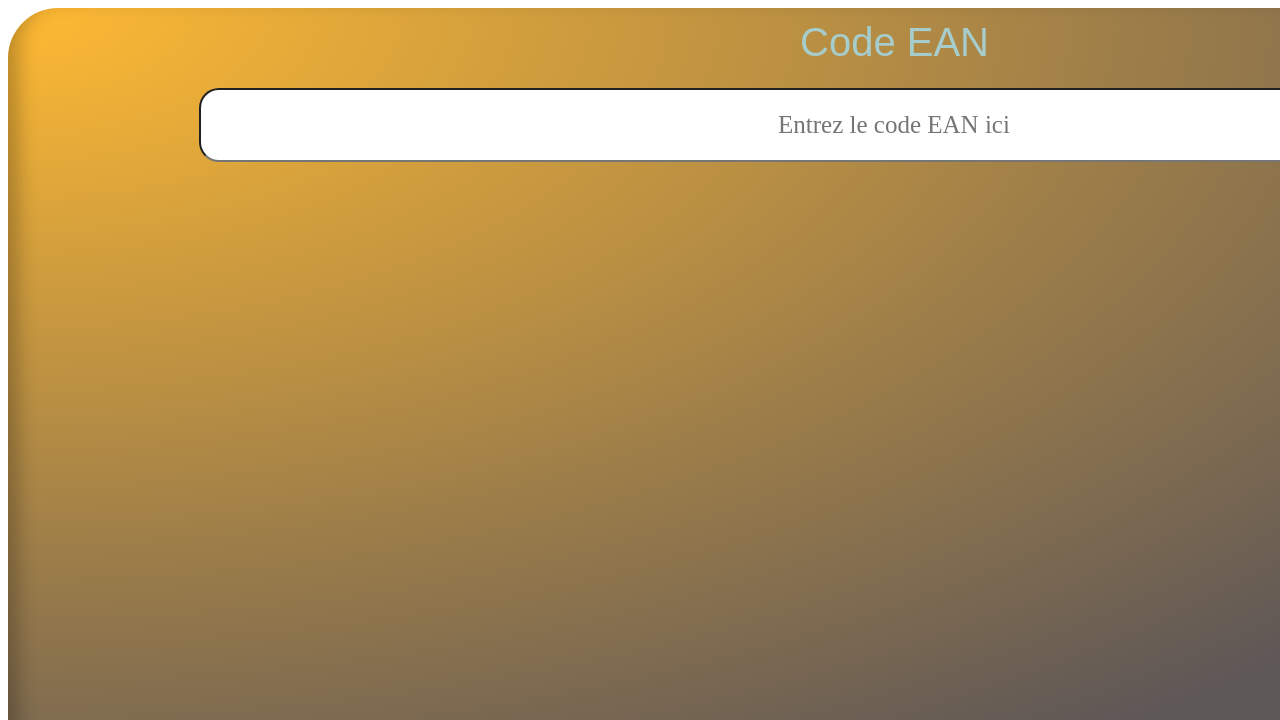
Repository: Zouz01/exo-toucan
Page: index.html
The author's editor kept a copy of each file at every save. The page is drawn from the files as they stood at one save, then again after the next save.
The browser window is 1280 px wide. The pictures show the whole page.

Above is the page before, as saved 2023-09-21 11:23:16.

### index.html
<!DOCTYPE html>
<html lang="fr">
<head>
    <meta charset="UTF-8">
    <meta name="viewport" content="width=device-width, initial-scale=1">
    <title>TOUCAN API</title>
    <link rel="stylesheet" type="text/css" href="main.css">
</head>
<body>
    <div class="container">
        <!-- Formulaire de recherche -->
        <form id="product-form" action="https://fr.openfoodfacts.org/api/v0/product/<<code_EAN_13>>" method="POST">
            <label for="code_ean">Code EAN </label>
            <input type="text" id="code_ean" name="code_ean" placeholder="Entrez le code EAN ici"><!-- Champ de saisie du code EAN -->
            <button type="submit" id="submit">Rechercher</button> <!-- Bouton de soumission du formulaire -->
        </form>

        <!-- Conteneur pour l'affichage de l'image et des informations -->
        <div><img id="img"></div>
        <div id="product-info"></div>
    </div>

    <!-- Inclusion du script JavaScript -->
    <script src="main.js"></script>
</body>
</html>

### main.css
body {
    font-family: Arial, sans-serif;

}

.container {
    width: 428px;
    height: 926px;
   position: fixed;
    text-align: center;

    background: radial-gradient(100% 100% at 0% 0%, #FFBA33 0%, #5e5757 100%);
   /* background: radial-gradient(100% 100% at 0% 0%, #A6A6A6 0.46%, #000000 78.06%);
    background: linear-gradient(167.94deg, #7AA77E 0%, #476F72 100%);*/

    opacity: 1.8;
    box-shadow: inset 10px -10px 20px rgba(0, 0, 0, 0.25);
    border-radius: 50px;
}

/* position ecriture label*/
label {

    top: 20px;
    font-size: 40px;
    color: rgb(167, 204, 204);
   left: 120px;
    position :fixed;



}
/*position img*/
#img {
    position: relative;
   border-radius: 20px;
   width: 20%;
   top: 600px;
}

/*position retour d'information produit*/
 #product-info {
    position: absolute;
    padding: 20px;
    color:rgb(171, 221, 205);
    top: 100px;

 }
h2 {
    font-size: xx-large;
    color: #7af3b1;
}
p{
    font-size: larger ;
}

/* Champ de saisie pour entrer le code EAN */
#code_ean {
    position: absolute;
   border-radius: 20px;
    width: 382px;
    height: 38px;
   right:24px ;
    top: 80px;
    font-family: 'Montserrat';
font-style: normal;
font-weight: 500;
font-size: 25px;
line-height: 30px;
text-align: center;

color: #0f0d0d;



}

/* Bouton de recherche */
button[type="submit"] {
    position: absolute;
    width: 144px;
    height: 63px;
  background-color: #67d699;
    bottom: 50px;
    border-radius: 20px;
    right: 145px;



}




/* styles pour les écrans plus grands */
@media (min-width: 900px) {
     .container {
        width: 1860px;
        height: 900px;
     }
        button[type="submit"] {
            position: absolute;
    width: 184px;
    height: 83px;
  background-color: #67d699;
    bottom: 50px;
    border-radius: 20px;
    right: 870px;
        }
        #code_ean {
            position: absolute;
           border-radius: 20px;
            width: 1382px;
            height: 68px;
           right:15% ;
            top: 80px;
            font-family: 'Montserrat';
        font-style: normal;
        font-weight: 500;
        font-size: 25px;
        line-height: 30px;
        text-align: center;
        color: #0f0d0d;

 }
 label {

    top: 20px;
    font-size: 40px;
    color: rgb(167, 204, 204);
   left: 800px;
    position :fixed;

}
#product-info {
    position: absolute;
    padding: 50px;
    color:rgb(171, 221, 205);
    top: 200px;
    left: 30%;

 }
 #img {
    position: relative;
   border-radius: 20px;
   max-width: 20%;
   max-height: 10%;
   top: 230px;
   right: 30%;
}
h2 {
    font-size: 50px;
    color: aqua;
}
p{
    font-size: 30px ;
}
}

### main.js
const form = document.querySelector("#product-form"); //Interagit avec  HTML avec l'id "product-form"
const code_ean = document.querySelector("#code_ean"); //Interagit avec  HTML  avec l'id "code_ean"
const productInfo = document.querySelector("#product-info"); //Interagit avec  HTML avec l'id "les informations produits"
const img = document.querySelector("#img");  //Interagit avec  HTML avec l'id "les images"
const submit = document.querySelector("#submit");  //Interagit avec  HTML avec l'id "Boutton envoi"


submit.addEventListener("click", (e) => { // Ecouteur d'événement sur le bouton d'envoi qui écoute un événement de clic
    e.preventDefault();

    // validation du code
    if (code_ean.value.length !== 13) {
        alert("Le code EAN doit contenir 13 chiffres.");// Le script vérifie si la valeur du champ de saisie du code EAN comporte 13 caractères
        return;                                         // Sinon, il affiche une alerte indiquant que le code EAN doit contenir 13 chiffres.
    }else

// Si code correct alors ...
    // Récupére les informations du produit depuis l'API
    fetch("https://fr.openfoodfacts.org/api/v0/product/" + code_ean.value) //Méthode pour envoyer une requête GET à l'API
        .then((reponse) => reponse.json())   //  Convertit  la réponse de l'API en JSON
        .then((data) => {                    //  Pour accéder aux données.
            let product = data.product;
            img.src = product.image_url;


             //Affiche les informations sur le produit, ( avec innerHTML on definila source de l'éléments)
             productInfo.innerHTML =`
             <h2><b>Nom</b> : ${product.abbreviated_product_name}</h2>
             <p><b>Marque</b> : ${product.brands}</p>
             <p><b>Catégorie</b> : ${product.categories}</p>
             <p><b>Ingrédients</b> : ${product.ingredients_text}</p>`
             console.log (data)
        }); // ${} veut dire interpreter

});

   /*fecht veut dire aller chercher*/

After the next save:
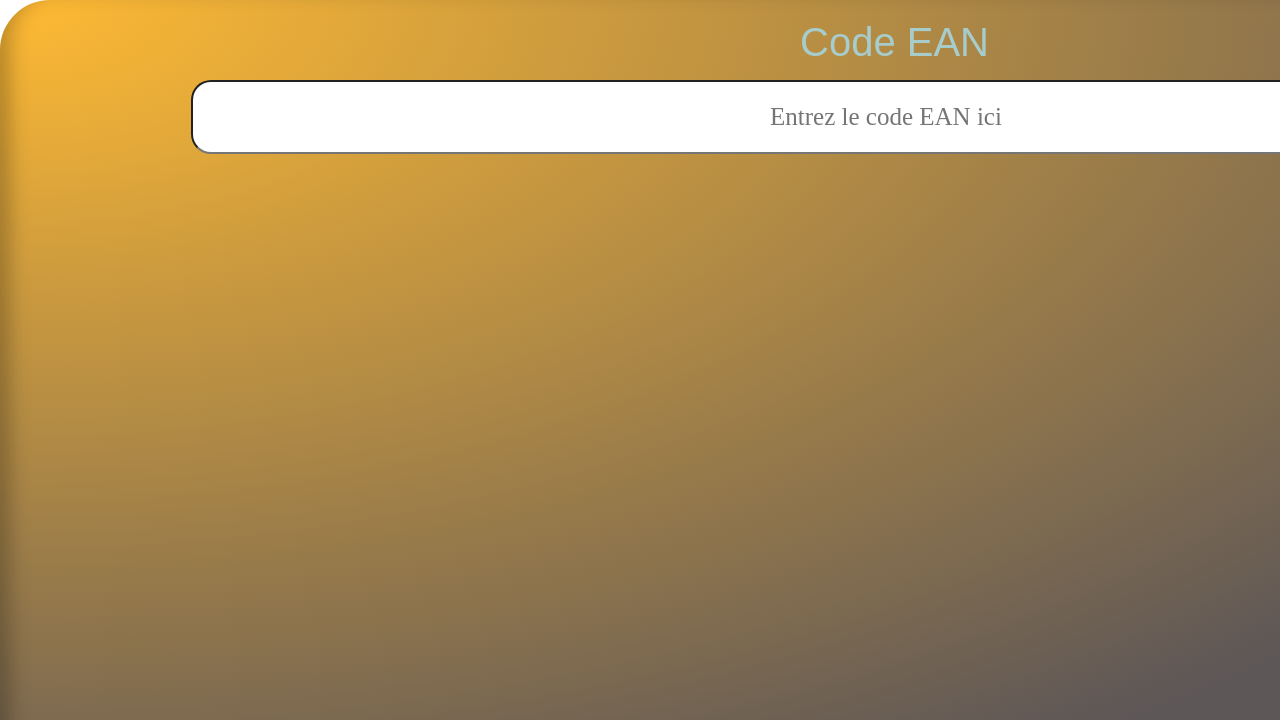
Saved 91 s later.
--- a/main.css
+++ b/main.css
@@ -1,6 +1,16 @@
 body {
     font-family: Arial, sans-serif;
-
+    margin: 0; /* Supprime la marge par défaut du corps */
+    padding: 0; /* Supprime le rembourrage par défaut du corps */
+    background: radial-gradient(100% 100% at 0% 0%, #FFBA33 0%, #5e5757 100%);
+    /* background: radial-gradient(100% 100% at 0% 0%, #A6A6A6 0.46%, #000000 78.06%);
+    background: linear-gradient(167.94deg, #7AA77E 0%, #476F72 100%);*/
+    opacity: 1.8;
+    box-shadow: inset 10px -10px 20px rgba(0, 0, 0, 0.25);
+    border-radius: 50px;
+    background-size: cover; /* Ajuste la taille de l'image de fond pour couvrir l'écran */
+    background-position: center; /* Centre l'image de fond horizontalement et verticalement */
+    background-repeat: no-repeat; /* Empêche la répétition de l'image de fond */
 }
 
 .container {

After the 3 saves that followed:
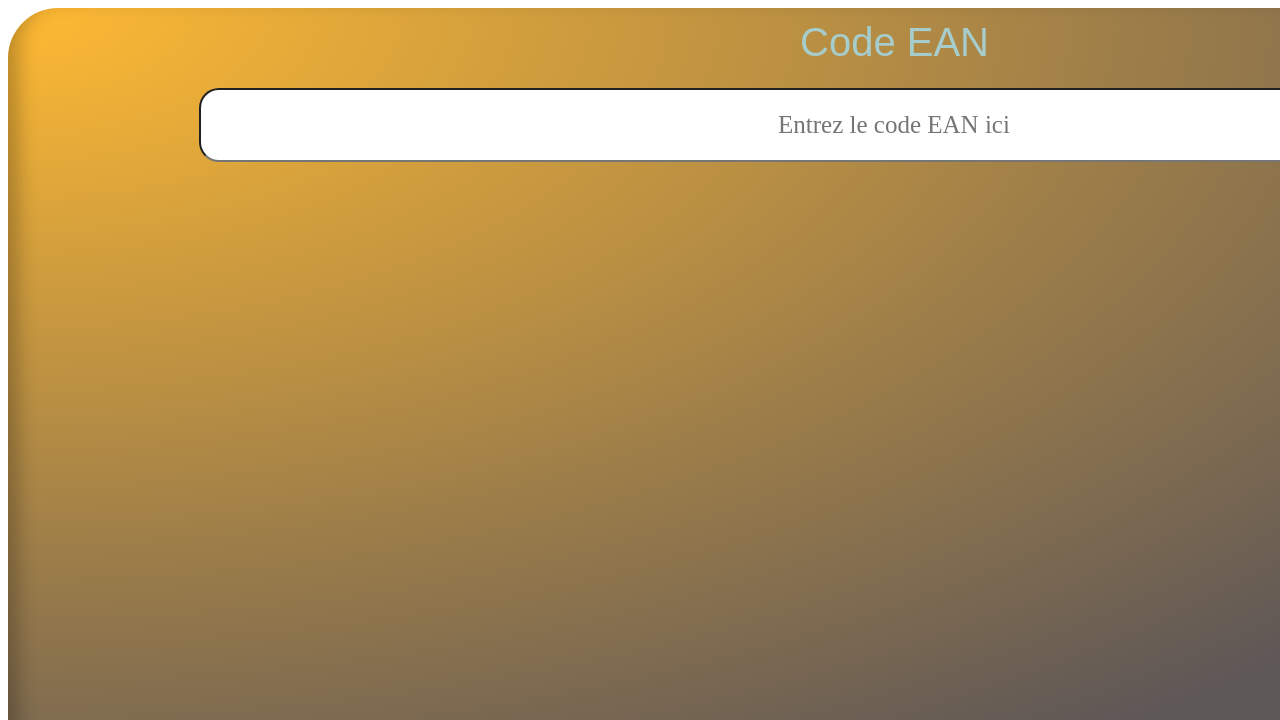
The 3 saves are shown as one change because they came seconds apart.
The last was saved 52 s later.
--- a/main.css
+++ b/main.css
@@ -1,16 +1,6 @@
 body {
     font-family: Arial, sans-serif;
-    margin: 0; /* Supprime la marge par défaut du corps */
-    padding: 0; /* Supprime le rembourrage par défaut du corps */
-    background: radial-gradient(100% 100% at 0% 0%, #FFBA33 0%, #5e5757 100%);
-    /* background: radial-gradient(100% 100% at 0% 0%, #A6A6A6 0.46%, #000000 78.06%);
-    background: linear-gradient(167.94deg, #7AA77E 0%, #476F72 100%);*/
-    opacity: 1.8;
-    box-shadow: inset 10px -10px 20px rgba(0, 0, 0, 0.25);
-    border-radius: 50px;
-    background-size: cover; /* Ajuste la taille de l'image de fond pour couvrir l'écran */
-    background-position: center; /* Centre l'image de fond horizontalement et verticalement */
-    background-repeat: no-repeat; /* Empêche la répétition de l'image de fond */
+
 }
 
 .container {
